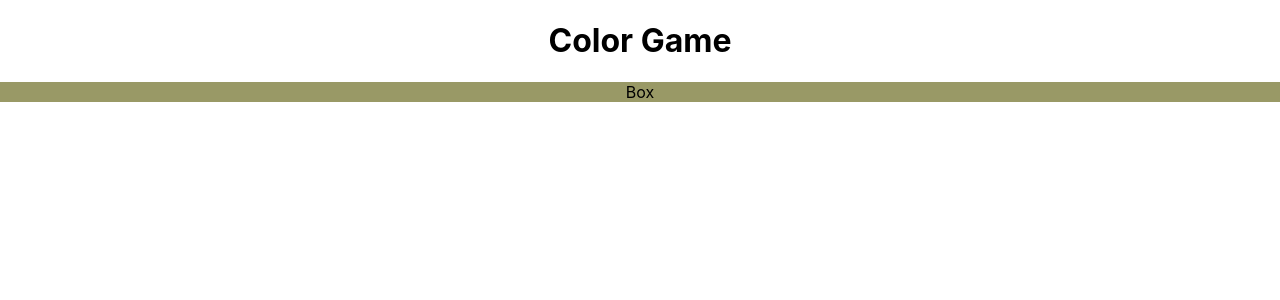
Repository: johnmutina/shades_of_blue
Page: /
These files come from the project's save history. The page is drawn as it stood at one moment and after a run of saves; the edit follows.
The browser window is 1280 px wide. The pictures show the whole page.
The project was rebuilt for these pictures with package versions that can differ from the ones it lists, and the page was loaded fresh each time.

Above is the page before, as saved 2019-06-22 14:22:57.

After the next 2 saves:
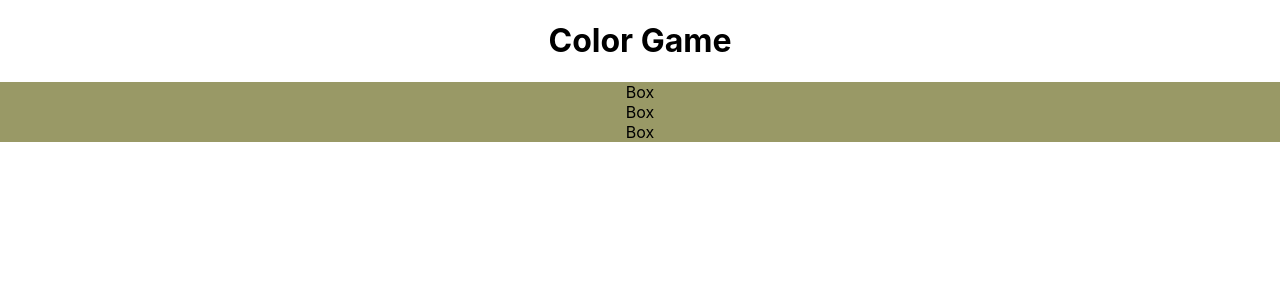
The 2 saves are shown as one change because they came seconds apart.
The last was saved 11 s later.
--- a/src/ColorBoxes.js
+++ b/src/ColorBoxes.js
@@ -15,6 +15,8 @@ class ColorBoxes extends Component {
             <div>
                 <h1>Color Game</h1>
                 <ColorBox color={colorArr[idx]}/>
+                <ColorBox color={colorArr[idx]}/>
+                <ColorBox color={colorArr[idx]}/>
             </div>
         )
     }
